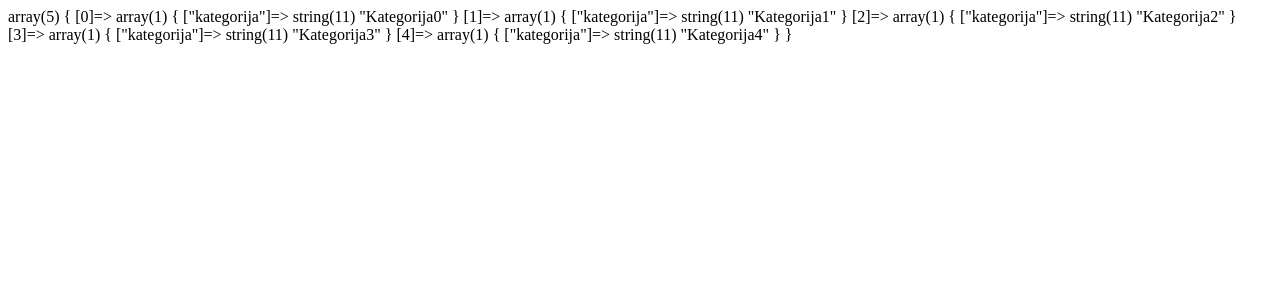
Repository: motiejus1/18-paskaita-PHP-05.31
Page: http://localhost/testavimas/dvimatismasyvas.php
An editor plug-in stored every save of this project. The page is shown before and after the next save, followed by the edit.
The browser window is 1280 px wide. The pictures show the whole page.
The page is run by PHP 8.4 with error messages shown; the project is at /var/www/html/.

Above is the page before, as saved 2021-09-20 18:19:15.

### testavimas/dvimatismasyvas.php
<?php
// . Sukurti dvimatį masyvą, kuriame būtų informacija apie knygos kategoriją, bei knygos priklausančios kategorijai.
// Masyvo struktūrą sugalvoti patiems. Testavimui sukurti bent 5 kategorijas, kurios turi nuo 5 iki 15 knygų.



$knygos = [];


for($i=0; $i < 5; $i++) {

    $kategorija = "Kategorija".$i;

    $knygos[$i] = array(
        "kategorija" => $kategorija
    );

}

var_dump($knygos);


?>

After the next save:
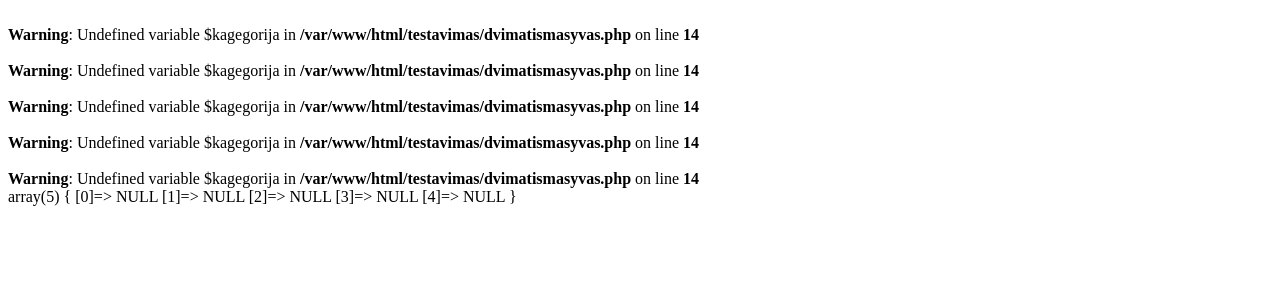
Saved 6 s later.
--- a/testavimas/dvimatismasyvas.php
+++ b/testavimas/dvimatismasyvas.php
@@ -11,9 +11,7 @@ for($i=0; $i < 5; $i++) {
 
     $kategorija = "Kategorija".$i;
 
-    $knygos[$i] = array(
-        "kategorija" => $kategorija
-    );
+    $knygos[$i] = $kagegorija;
 
 }
 
